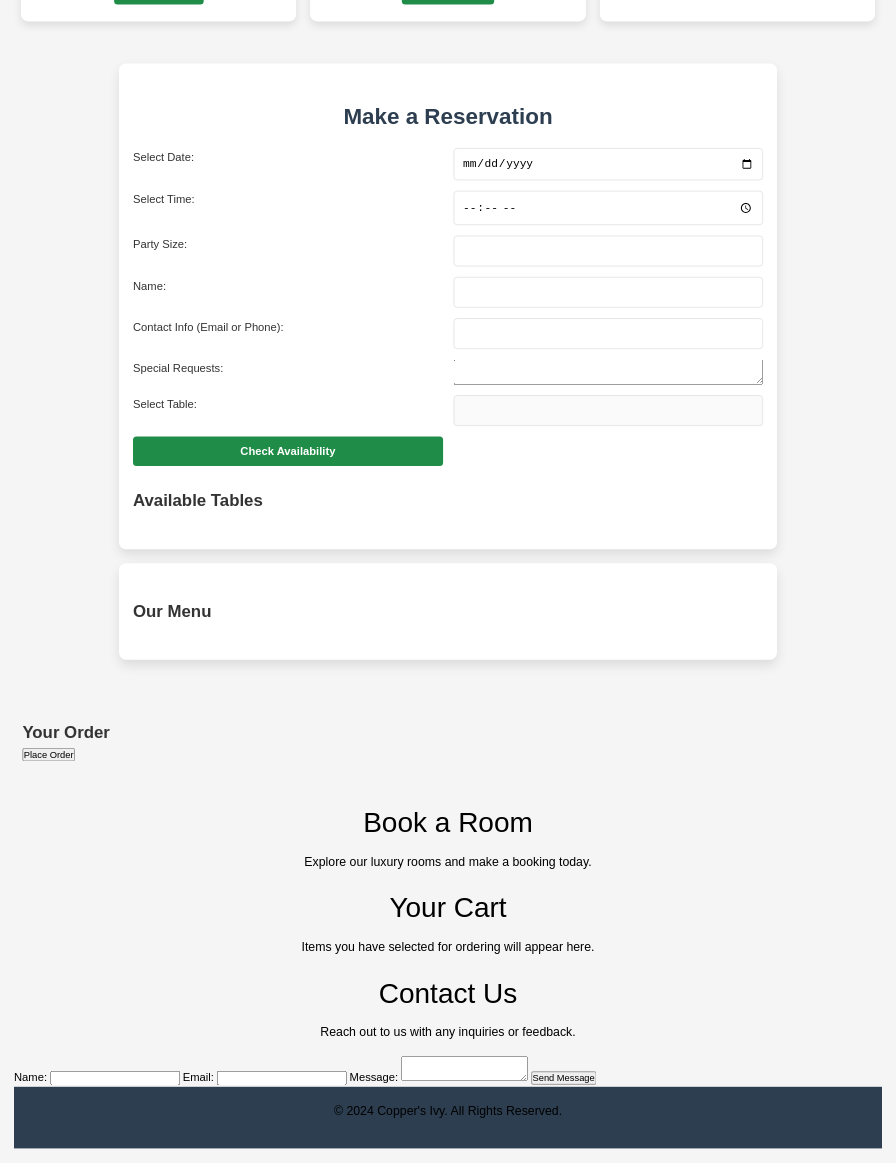
Repository: malingubarnice/Online-Reservation-System
Page: index.html
The author's editor kept a copy of each file at every save. The page is drawn from the files as they stood at one save, then again after the next save.
The browser window is 1280 px wide. The pictures show the part of the page from y = 752 to 2672 px (the page is 2413 px tall before and 2672 px after), at 70% of full size.

Above is the page before, as saved 2025-01-07 15:04:24.

### index.html
<!DOCTYPE html>
<html lang="en">
<head>
  <meta charset="UTF-8">
  <meta name="viewport" content="width=device-width, initial-scale=1.0">
  <title>Copper's Ivy Integrated Suite</title>
  <link rel="stylesheet" href="styles.css">
</head>



<body>
  <!-- Navigation Bar -->
  <header>
    <div class="logo">
      <img src="assets/logo.jpg" alt="Copper Ivy Logo">
    </div>
    <nav class="navbar">
      <ul>
        <li><a href="#home">Home</a></li>
        <li><a href="#reservations">Reservations</a></li>
        <li><a href="#menu">Menu</a></li>
        <li><a href="#order-online">OrderOnline</a></li>
        <li><a href="#rooms">Rooms</a></li>
        <li><a href="#cart">Cart</a></li>
        <li><a href="#contact">Contact Us</a></li>
      </ul>
    </nav>
  </header>




  <!-- Hero Section -->
  <section id="home" class="hero">
    <h1>Welcome to Copper's Ivy</h1>
    <p>Experience fine dining and lodging.</p>
    <a href="#reservations" class="btn">Make a Reservation</a>
  </section>

  <!-- Features Section -->
  <section class="features">
    <div class="feature">
      <h2>Reserve Your Table</h2>
      <p>Book a table effortlessly with our online reservation system.</p>
      <a href="#reservations" class="btn">Book Now</a>
    </div>
    <div class="feature">
      <h2>Order Online</h2>
      <p>Enjoy your favorite dishes delivered to your door.</p>
      <a href="#menu" class="btn">Order Now</a>
    </div>
    <div class="feature">
      <h2>Book a Room</h2>
      <p>Experience luxury lodging at Copper’s Ivy.</p>
      <a href="#rooms" class="btn">Book a Room</a>
    </div>
  </section>




  <!-- Reservations Section -->
<section id="reservations">
    <h1>Make a Reservation</h1>
    <div class="reservation-form">
        <label for="date">Select Date:</label>
        <input type="date" id="date" required>

        <label for="time">Select Time:</label>
        <input type="time" id="time" required>

        <label for="party-size">Party Size:</label>
        <input type="number" id="party-size" min="1" max="20" required>

        <!-- New fields for contact info and special requests -->
        <label for="customer-name">Name:</label>
        <input type="text" id="customer-name" required>

        <label for="contact-info">Contact Info (Email or Phone):</label>
        <input type="text" id="contact-info" required>

        <label for="special-requests">Special Requests:</label>
        <textarea id="special-requests"></textarea>

        <!-- New field to show selected table -->
        <label for="selected-table">Select Table:</label>
        <input type="text" id="selected-table" disabled> <!-- Hidden field to store the selected table -->

        <button class="reserve-btn">Check Availability</button>
    </div>

    <!-- Table Layout Section -->
    <div class="table-layout">
        <h2>Available Tables</h2>
        <div class="tables">
            <!-- Table icons dynamically loaded -->
        </div>
    </div>
</section>


  <!-- Menu Section -->
  <section id="menu">
    <h1>Our Menu</h1>
    <div class="menu-items">
      <!-- Menu items dynamically loaded -->
    </div>
  </section>

    <!-- Order Section -->
    <section id="order-online">
        <!-- Menu Items -->
        <div class="menu-items">
            <!-- Menu items dynamically loaded from the backend -->
        </div>

        <!-- Order Form -->
        <div class="order-form">
            <h2>Your Order</h2>
            <div class="order-list">
                <!-- Dynamically added ordered items will appear here -->
            </div>
            <button class="place-order-btn">Place Order</button>
        </div>
    </section>


<!-- Rooms Section -->
<section id="rooms">
  <h1>Book a Room</h1>
  <p>Explore our luxury rooms and make a booking today.</p>

  <div class="room-list">
    <!-- Room cards dynamically loaded -->
  </div>

  <!--A Booking Form-->
<!-- Booking form (initially hidden) -->
<div class="booking-form" style="display: none;">
  <form id="room-booking-form">
      <input type="hidden" id="room_id" name="room_id">  <!-- Hidden input for room ID -->
      <label for="room-selection">Room</label>
      <input type="text" id="room-selection" name="room_name" readonly>

      <label for="check-in-date">Check-in Date</label>
      <input type="date" id="check-in-date" name="check_in_date" required>

      <label for="check-out-date">Check-out Date</label>
      <input type="date" id="check-out-date" name="check_out_date" required>

      <label for="guest-count">Number of Guests</label>
      <input type="number" id="guest-count" name="guest_count" min="1" required>

      <label for="contact-info">Contact Information</label>
      <input type="text" id="contact-info" name="contact-info" placeholder="Enter your contact info" required>


      <p id="price"></p>

      <button type="submit">Book Room</button>
  </form>
</div>



  <!-- Cart Section -->
  <section id="cart">
    <h1>Your Cart</h1>
    <p>Items you have selected for ordering will appear here.</p>
    <div class="cart-items">
      <!-- Cart items dynamically loaded -->
    </div>
  </section>

  <!-- Contact Section -->
  <section id="contact">
    <h1>Contact Us</h1>
    <p>Reach out to us with any inquiries or feedback.</p>
    <form class="contact-form">
      <label for="name">Name:</label>
      <input type="text" id="name" required>

      <label for="email">Email:</label>
      <input type="email" id="email" required>

      <label for="message">Message:</label>
      <textarea id="message" required></textarea>

      <button type="submit" class="btn">Send Message</button>
    </form>
  </section>

  <!-- Footer -->
  <footer>
    <p>&copy; 2024 Copper's Ivy. All Rights Reserved.</p>
  </footer>


  <script src="https://cdn.botpress.cloud/webchat/v2.2/inject.js"></script>
  <script src="https://files.bpcontent.cloud/2024/12/05/06/20241205062412-612LYK8G.js"></script>


  <script src="script.js"></script>
</body>
</html>

### styles.css
/* General Reset */
body, h1, h2, p, ul, li, a, button {
    margin: 0;
    padding: 0;
    box-sizing: border-box;
}

/* Body and Layout */
body {
    font-family: 'Arial', sans-serif;
    line-height: 1.6;
    background-color: #f5f5f5;
    color: #333;
}

/* Header */
header {
    display: flex;
    justify-content: space-between;
    align-items: center;
    padding: 20px;
    background: white;
    color: #fff;
    border-bottom: 2px solid #c4ccd4;
    border-radius: 26px;
    border-style: none;
}

header .logo img {
    height: 100px;
    border-radius: 50px;
}

header nav ul {
    display: flex;
    list-style: none;
}

header nav ul li {
    margin-left: 25px;
}

header nav ul li a {
    color: rgb(10, 10, 10);
    text-decoration: none;
    font-size: 25px;
    font-weight: 500;
    transition: color 0.3s;
}

header nav ul li a:hover {
    color: #eb2630;
}

/* Hero Section */
.hero {
    background: url('assets/cookingbackground.jpg') no-repeat center center/cover;
    text-align: center;
    padding: 100px 20px;
    color: #fff;
    font-size: 28px;
}

.hero h1 {
    font-size: 36px;
    margin-bottom: 15px;
}

.hero p {
    font-size: 20px;
    margin-bottom: 20px;
}

.hero .btn {
    padding: 12px 30px;
    background-color: #1f8c47;
    color: #fff;
    text-decoration: none;
    font-weight: bold;
    border-radius: 5px;
    transition: background-color 0.3s;
}

.hero .btn:hover {
    background-color: #07e262;
}

/* Features Section */
.features {
    display: flex;
    justify-content: space-around;
    margin: 50px 20px;
}

.feature {
    background-color: #fff;
    border-radius: 10px;
    box-shadow: 0 6px 12px rgba(0, 0, 0, 0.1);
    padding: 30px;
    text-align: center;
    flex: 1;
    margin: 10px;
}

.feature h2 {
    font-size: 24px;
    margin-bottom: 10px;
}

.feature p {
    font-size: 16px;
    margin-bottom: 20px;
}

.feature .btn {
    background-color: #1f8c47;
    color: #fff;
    text-decoration: none;
    padding: 10px 25px;
    font-weight: bold;
    border-radius: 5px;
    transition: background-color 0.3s;
}

.feature .btn:hover {
    background-color: #10ce5f;
}

/* Reservations Section */
#reservations {
    padding: 50px 20px;
    background: #fff;
    margin: 20px auto;
    max-width: 900px;
    box-shadow: 0 8px 16px rgba(0, 0, 0, 0.1);
    border-radius: 10px;
}

#reservations h1 {
    font-size: 32px;
    margin-bottom: 20px;
    text-align: center;
    color: #2c3e50;
}

.reservation-form {
    display: grid;
    grid-template-columns: 1fr 1fr;
    gap: 15px;
    margin-bottom: 30px;
}

.reservation-form label {
    font-size: 16px;
    color: #333;
}

.reservation-form input, .reserve-btn {
    padding: 12px;
    border: 1px solid #ddd;
    border-radius: 5px;
    font-size: 16px;
    transition: border-color 0.3s;
}

.reservation-form input:focus {
    border-color: #27ae60;
}

.reserve-btn {
    background-color: #1f8c47;
    color: #fff;
    font-weight: bold;
    cursor: pointer;
    border: none;
    transition: background-color 0.3s;
}

.reserve-btn:hover {
    background-color: #07e262;
}

/* Table Layout */
.table-layout {
    margin-top: 20px;
}

.tables {
    display: grid;
    grid-template-columns: repeat(auto-fill, minmax(100px, 1fr));
    gap: 20px;
}

.tables .table {
    background-color: #ddd;
    padding: 20px;
    text-align: center;
    font-size: 18px;
    border-radius: 8px;
    cursor: pointer;
    transition: transform 0.3s, background-color 0.3s;
}

.tables .table:hover {
    transform: scale(1.1);
    background-color: #27ae60;
    color: #fff;
}

/* Menu Section */
#menu {
    padding: 50px 20px;
    background: #fff;
    margin: 20px auto;
    max-width: 900px;
    box-shadow: 0 8px 16px rgba(0, 0, 0, 0.1);
    border-radius: 10px;
}

.menu-items {
    display: grid;
    grid-template-columns: repeat(auto-fill, minmax(250px, 1fr));
    gap: 20px;
}

.menu-items .menu-item {
    background: #f4f4f4;
    padding: 20px;
    border-radius: 8px;
    box-shadow: 0 4px 8px rgba(0, 0, 0, 0.1);
    text-align: center;
    transition: transform 0.3s;
}

.menu-items .menu-item:hover {
    transform: scale(1.05);
    box-shadow: 0 8px 16px rgba(0, 0, 0, 0.2);
}

.menu-items img {
    max-width: 100%;
    border-radius: 5px;
}

/* Footer */
footer {
    text-align: center;
    padding: 20px;
    background-color: #2c3e50;
    color: #fff;
}

/* Responsive Design */
@media (max-width: 768px) {
    .features {
        flex-direction: column;
        align-items: center;
    }

    .feature {
        width: 100%;
        margin-bottom: 30px;
    }

    .reservation-form {
        grid-template-columns: 1fr;
    }

    .tables {
        grid-template-columns: 1fr 1fr;
    }

    .menu-items {
        grid-template-columns: 1fr 1fr;
    }
}

@media (max-width: 480px) {
    header {
        flex-direction: column;
        align-items: flex-start;
    }

    header nav ul {
        flex-direction: column;
        gap: 10px;
    }

    .hero h1 {
        font-size: 28px;
    }

    .hero p {
        font-size: 18px;
    }
}

/* Style for available tables */
.table {
    padding: 10px;
    margin: 10px;
    border: 1px solid #ccc;
    cursor: pointer;
    display: inline-block;
}

/* Highlight the selected table */
.table.selected {
    background-color: #4CAF50; /* Green background */
    color: white;
    border: 2px solid #fff;
}

/*stying order online section*/
#order-online {
    padding: 2rem;
}

.menu-item {
    border: 1px solid #ddd;
    margin: 1rem;
    padding: 1rem;
    text-align: center;
}
.order-form {
    margin-top: 2rem;
}
.order-total {
    font-weight: bold;
    margin-top: 1rem;
}


/*styling rooms*/
/* General styling for the Rooms Section */
#rooms {
    font-family: Arial, sans-serif;
    padding: 20px;
    background-color: #f5f5f5;
}

#rooms h1 {
    text-align: center;
    color: #333;
    font-size: 2.5rem;
    margin-bottom: 10px;
}

#rooms p {
    text-align: center;
    font-size: 1.1rem;
    color: #666;
    margin-bottom: 20px;
}

/* Room Listings */
.room-listings {
    display: grid;
    grid-template-columns: repeat(auto-fill, minmax(250px, 1fr));
    gap: 20px;
    margin-bottom: 30px;
}

.room-card {
    background-color: white;
    border-radius: 8px;
    box-shadow: 0 4px 6px rgba(0, 0, 0, 0.1);
    padding: 15px;
    text-align: center;
    transition: transform 0.3s ease-in-out;
}

.room-card:hover {
    transform: translateY(-5px);
}

.room-card img {
    width: 100%;
    height: 180px;
    object-fit: cover;
    border-radius: 8px;
}

.room-card h3 {
    font-size: 1.5rem;
    color: #333;
    margin: 15px 0;
}

.room-card p {
    font-size: 1.1rem;
    color: #777;
}

.room-card .price {
    font-size: 1.2rem;
    font-weight: bold;
    color: #1f8c47;
    margin-top: 10px;
}

.room-card button {
    background-color: #1f8c47;
    color: white;
    padding: 10px 15px;
    font-size: 1rem;
    border: none;
    border-radius: 5px;
    cursor: pointer;
    transition: background-color 0.3s;
}

.room-card button:hover {
    background-color: #07e262;
}

/* Booking Form Styling */
.booking-form {
    background-color: white;
    padding: 20px;
    border-radius: 8px;
    box-shadow: 0 4px 6px rgba(0, 0, 0, 0.1);
    width: 100%;
    max-width: 600px;
    margin: 0 auto;
}

.booking-form h2 {
    text-align: center;
    color: #333;
    font-size: 2rem;
    margin-bottom: 15px;
}

.booking-form form {
    display: flex;
    flex-direction: column;
    gap: 15px;
}

.booking-form label {
    font-size: 1.1rem;
    color: #333;
}

.booking-form select,
.booking-form input {
    padding: 10px;
    font-size: 1rem;
    border: 1px solid #ccc;
    border-radius: 5px;
    width: 100%;
}

.booking-form button {
    background-color: #1f8c47;
    color: white;
    padding: 12px 20px;
    font-size: 1.1rem;
    border: none;
    border-radius: 5px;
    cursor: pointer;
    transition: background-color 0.3s;
}

.booking-form button:hover {
    background-color: #07e262;
}

/* Confirmation Message */
#confirmation-message {
    font-size: 1.2rem;
    color: #333;
    margin-top: 20px;
    text-align: center;
    display: none; /* Hidden initially */
}

#confirmation-message.success {
    color: #4caf50;
}

#confirmation-message.error {
    color: #f44336;
}



/* Container for styling the rooms */
.room-list {
    display: flex;
    flex-wrap: wrap; /* Allows room cards to wrap to the next line when necessary */
    justify-content: center; /* Centers the room cards horizontally */
    gap: 20px; /* Adds space between cards */
    max-width: 80%; /* Makes the container occupy 80% of the page */
    margin: 0 auto; /* Centers the container horizontally */
}

/* Individual room card */
.room-card {
    width: 30%; /* Makes each card take up about 30% of the container's width */
    max-width: 300px; /* Optional: Set a max width for the cards */
    margin: 10px;
    padding: 15px;
    text-align: center;
    box-shadow: 0 4px 8px rgba(0, 0, 0, 0.1);
    background-color: #fff;
    border-radius: 10px;
    box-sizing: border-box;
}

/* Image inside room card */
.room-card img {
    width: 100%; /* Ensures the image stretches across the container */
    height: auto; /* Keeps aspect ratio intact */
    object-fit: contain; /* Ensures the full image is visible */
}

@media (max-width: 768px) {
    .room-card {
        width: 100%; /* Makes room cards stack on smaller screens */
    }
}

/* Target the specific booking room section and make the font weight lighter */
#rooms {
    color: black; /* Keeps the text color black */
    font-weight: lighter; /* Makes the font weight lighter */
}

/* Target the room cards within the booking room section */
#rooms .room-card {
    color: black; /* Ensures room card text is black */
    font-weight: lighter; /* Makes the room card text lighter */
}

/* You can also target specific elements like titles and descriptions, if necessary */
#rooms h1, #rooms p, #rooms .room-name, #rooms .room-description {
    color: black; /* Sets the text to black */
    font-weight: lighter; /* Reduces the font weight */
}

### script.js








// Fetch room data when the page loads
document.addEventListener('DOMContentLoaded', function () {
    fetch('get_room.php')
      .then(response => response.json())
      .then(data => {
        if (Array.isArray(data)) {
          displayRooms(data);
        } else {
          console.error('Error fetching rooms:', data.message);
        }
      })
      .catch(error => console.error('Error fetching room data:', error));
});

// Function to display rooms dynamically
function displayRooms(rooms) {
    const roomListContainer = document.querySelector('.room-list');

    rooms.forEach(room => {
      const roomListHTML = `
        <div class="room-card">
          <img src="assets/${room.image_url}" alt="${room.room_name}">
          <h2>${room.room_name}</h2>
          <p>Type: ${room.room_type}</p>
          <p>${room.description}</p>
          <p>Price: KSh ${room.price.toLocaleString()}</p>
          <button onclick="selectRoom(${room.id}, '${room.room_name}', ${room.price})">Book Now</button>
        </div>
      `;
      roomListContainer.innerHTML += roomListHTML;
    });
}

// Handle room selection for booking
function selectRoom(roomId, roomName, price) {
    console.log(`Room selected: ${roomName} (ID: ${roomId})`);

    // Pre-fill the booking form with room details
    document.getElementById('room-selection').value = roomName;
    document.getElementById('room_id').value = roomId;  // Set room_id in hidden input
    document.getElementById('price').textContent = `KSh ${price.toLocaleString()}`;
    document.querySelector('.booking-form').style.display = 'block';  // Show the booking form
}

// Handle form submission for booking
document.getElementById('room-booking-form').addEventListener('submit', function (event) {
    event.preventDefault(); // Prevent default form submission

    // Collect form data
    const roomId = document.getElementById('room_id').value;
    const checkInDate = document.getElementById('check-in-date').value;
    const checkOutDate = document.getElementById('check-out-date').value;
    const guestCount = document.getElementById('guest-count').value;
    const contactInfo = document.getElementById('contact-info').value;

    // Debugging: Log the contact info to verify
    console.log("Contact Info:", contactInfo);  // This should log the contact info entered by the user

    // Debug: log the form data to verify
    console.log('Form Data:', {
        roomId,
        checkInDate,
        checkOutDate,
        guestCount,
        contactInfo
    });



    // Check if the check-in date is today or later
    const today = new Date();
    const checkIn = new Date(checkInDate);
    const checkOut = new Date(checkOutDate);

    // Reset the time part to 00:00:00 for comparison
    today.setHours(0, 0, 0, 0);
    checkIn.setHours(0, 0, 0, 0); // Set check-in date to 00:00:00 to match date comparison
    checkOut.setHours(0, 0, 0, 0); // Set check-out date to 00:00:00 for consistency

    // Date Validation: Ensure check-in is not in the past
    if (checkIn < today) {
        alert("Check-in date cannot be in the past.");
        return;
    }

    // Check-out date must be after check-in date
    if (checkIn >= checkOut) {
        alert("Check-out date must be after check-in date.");
        return;
    }

    // Send the booking data to the backend (book_room.php)
    fetch('book_room.php', {
        method: 'POST',
        body: JSON.stringify({
            room_id: roomId,
            check_in_date: checkInDate,
            check_out_date: checkOutDate,
            guest_count: guestCount,
            contact_info: contactInfo
        }),
        headers: {
            'Content-Type': 'application/json'
        }
    })
    .then(response => response.json())
    .then(data => {
        if (data.status === 'success') {
            alert('Booking confirmed!');
        } else {
            alert('Error: ' + data.message);
        }
    })
    .catch(error => console.error('Error:', error));
});

After the next save:
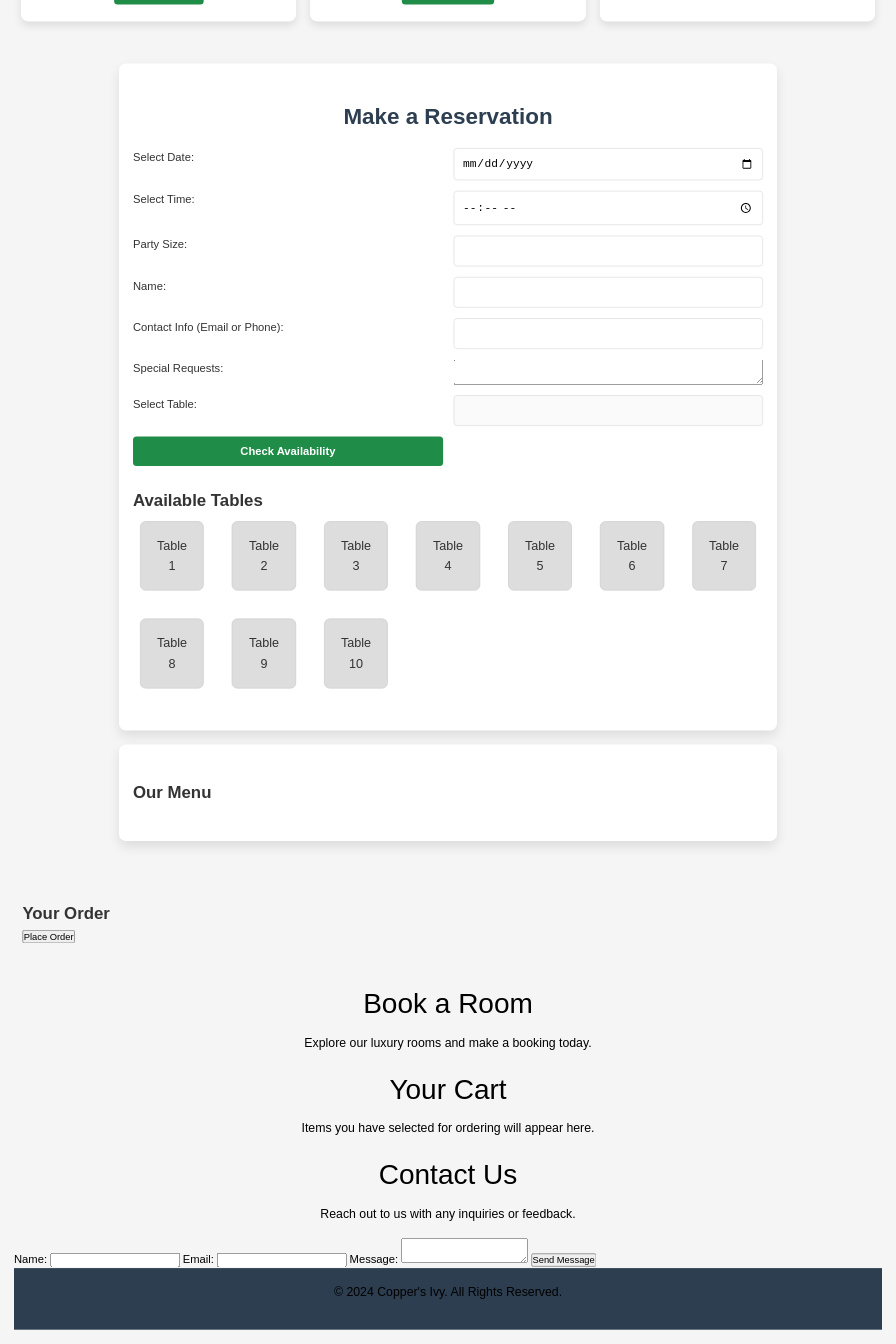
Saved 7 s later.
--- a/script.js
+++ b/script.js
@@ -1,3 +1,97 @@
+document.addEventListener('DOMContentLoaded', () => {
+    let cartItems = []; // Array to store selected items
+    let selectedTable = null;
+
+    // Dynamically create tables
+    const tablesContainer = document.querySelector('.tables');
+    for (let i = 1; i <= 10; i++) {
+        const table = document.createElement('div');
+        table.classList.add('table');
+        table.id = `table-${i}`;
+        table.textContent = `Table ${i}`;
+        table.addEventListener('click', () => {
+            if (selectedTable) document.querySelector(`#table-${selectedTable}`).classList.remove('selected');
+            selectedTable = i;
+            table.classList.add('selected');
+            document.getElementById('selected-table').value = `Table ${i}`;
+        });
+        tablesContainer.appendChild(table);
+    }
+
+    // Handle reservation submission
+    document.querySelector('.reserve-btn').addEventListener('click', () => {
+        const date = document.getElementById('date').value;
+        const time = document.getElementById('time').value;
+        const partySize = document.getElementById('party-size').value;
+        const contactInfo = document.getElementById('contact-info').value;
+
+        if (!selectedTable) return alert('Please select a table before proceeding!');
+        if (!date || !time || !partySize || !contactInfo) return alert('Fill in all required fields!');
+
+        fetch('backend.php', {
+            method: 'POST',
+            headers: { 'Content-Type': 'application/x-www-form-urlencoded' },
+            body: new URLSearchParams({ action: 'reserve', date, time, party_size: partySize, contact_info: contactInfo, table: selectedTable })
+        })
+        .then(response => response.json())
+        .then(data => alert(data.message))
+        .catch(error => console.error('Reservation error:', error));
+    });
+
+    // Fetch and display menu items
+    fetch('get_menu.php')
+        .then(response => response.json())
+        .then(data => {
+            const menuContainer = document.querySelector('.menu-items');
+            data.forEach(item => {
+                const menuItem = document.createElement('div');
+                menuItem.classList.add('menu-item');
+                menuItem.innerHTML = `
+                    <img src="${item.image_url}" alt="${item.name}">
+                    <h3>${item.name}</h3>
+                    <p>${item.description}</p>
+                    <p><strong>Price: KSh ${item.price}</strong></p>
+                    <button onclick="addToOrder('${item.name}', ${item.price})">Add to Order</button>
+                `;
+                menuContainer.appendChild(menuItem);
+            });
+        })
+        .catch(error => console.error('Menu fetch error:', error));
+
+    // Display cart items when 'Place Order' is clicked
+    document.querySelector('.place-order-btn').addEventListener('click', () => {
+        const cartSection = document.querySelector('.cart-items');
+        cartSection.innerHTML = '';
+
+        if (cartItems.length === 0) {
+            cartSection.innerHTML = '<p>Your cart is empty.</p>';
+            return;
+        }
+
+        let totalPrice = 0;
+        cartItems.forEach(item => {
+            const itemElement = document.createElement('div');
+            itemElement.className = 'cart-item';
+            itemElement.innerHTML = `<p>${item.name} - KSh ${item.price.toLocaleString()}</p>`;
+            cartSection.appendChild(itemElement);
+            totalPrice += item.price;
+        });
+
+        const totalElement = document.createElement('div');
+        totalElement.className = 'cart-total';
+        totalElement.innerHTML = `<strong>Total: KSh ${totalPrice.toLocaleString()}</strong>`;
+        cartSection.appendChild(totalElement);
+
+        // Reset the cart
+        cartItems = [];
+    });
+});
+
+// Function to add items to the cart
+function addToOrder(itemName, price) {
+    cartItems.push({ name: itemName, price });
+    alert(`${itemName} has been added to your order.`);
+}
 
 
 
